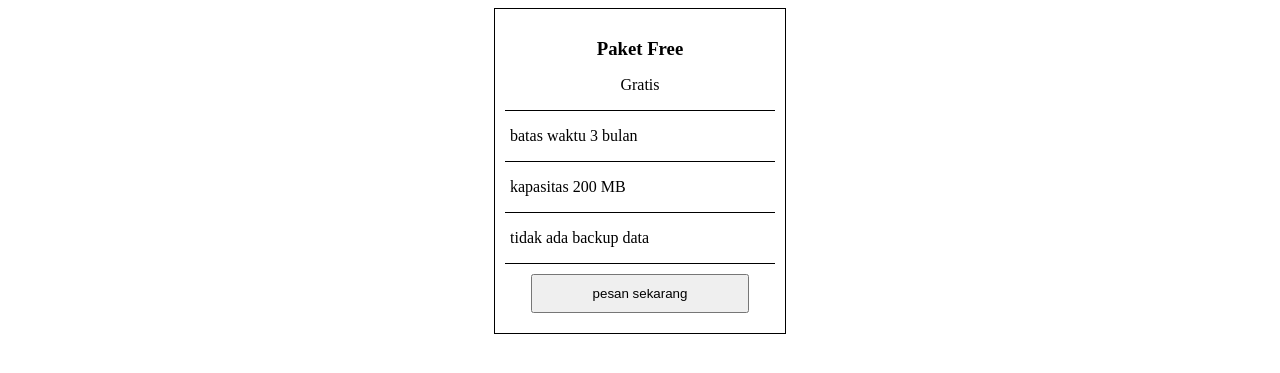
Repository: AHSANS354/tugas-sib5
Page: tugas css/index.html
These files come from the project's save history. The page is drawn as it stood at one moment and after the next save; the edit follows.
The browser window is 1280 px wide. The pictures show the whole page.

Above is the page before, as saved 2023-08-29 15:40:46.

After the next save:
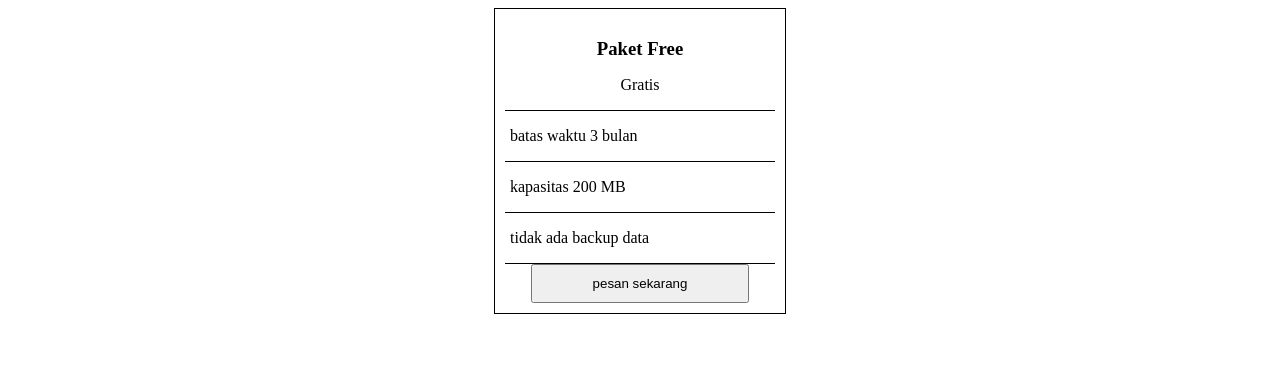
Saved 10 s later.
--- a/tugas css/index.html
+++ b/tugas css/index.html
@@ -70,7 +70,7 @@
                 <p>tidak ada backup data</p>
               </div>
               <div class="btn">
-                <button type="button" style="margin: 10px">pesan sekarang</button>
+                <button type="button">pesan sekarang</button>
               </div>
             </div>
           </div>

After the save that followed:
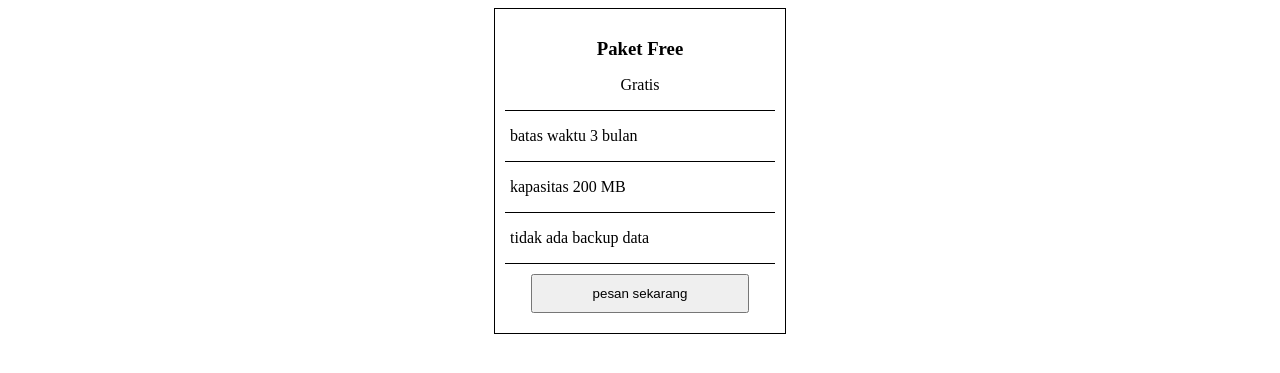
Saved 14 s later.
--- a/tugas css/style.css
+++ b/tugas css/style.css
@@ -48,6 +48,7 @@ td {
 
 button {
   padding: 10px 60px;
+  margin: 10px;
 }
 
 h3 {
